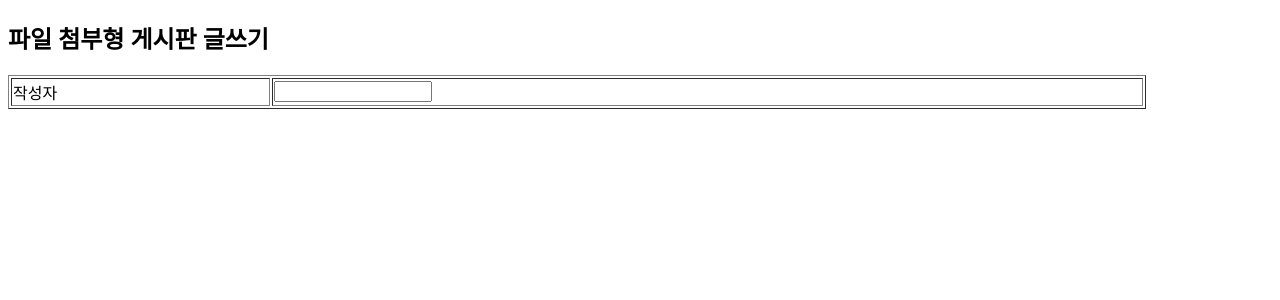
Repository: parkho96/testnum2
Page: http://localhost/jspstudy/m2board/write.do
An editor plug-in stored every save of this project. The page is shown before and after the next save, followed by the edit.
The browser window is 1280 px wide. The pictures show the whole page.
The page is served by Tomcat 9.

Above is the page before, as saved 2023-04-12 05:45:51.

After the next save:
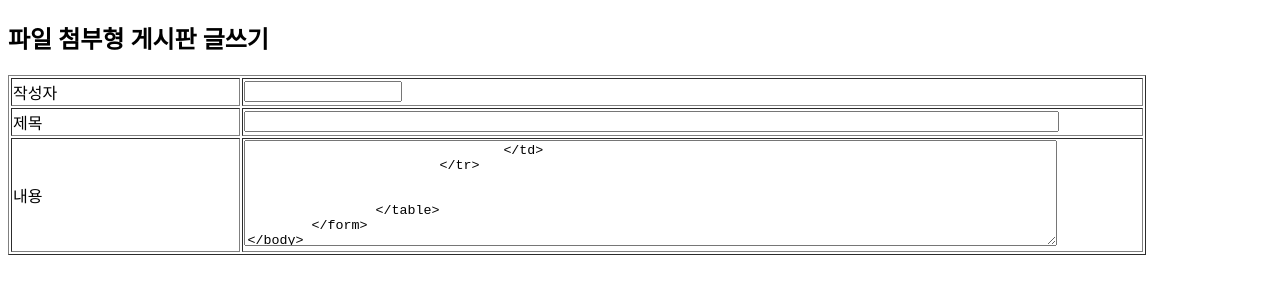
Saved 105 s later.
--- a/workjsp/jspstudy/src/main/webapp/14M2Board/Write.jsp
+++ b/workjsp/jspstudy/src/main/webapp/14M2Board/Write.jsp
@@ -17,6 +17,20 @@
 					<input type="text" name="name" style="width:150px;"/>
 				</td>
 			</tr>
+			<tr>
+				<td>제목</td>
+				<td>
+					<input type="text" name="title" style="width:90%;"/>
+				</td>
+			</tr>
+			<tr>
+				<td>내용</td>
+				<td>
+					<textarea name="content" style="width:90%;height:100px;">
+				</td>
+			</tr>
+
+
 		</table>
 	</form>
 </body>
